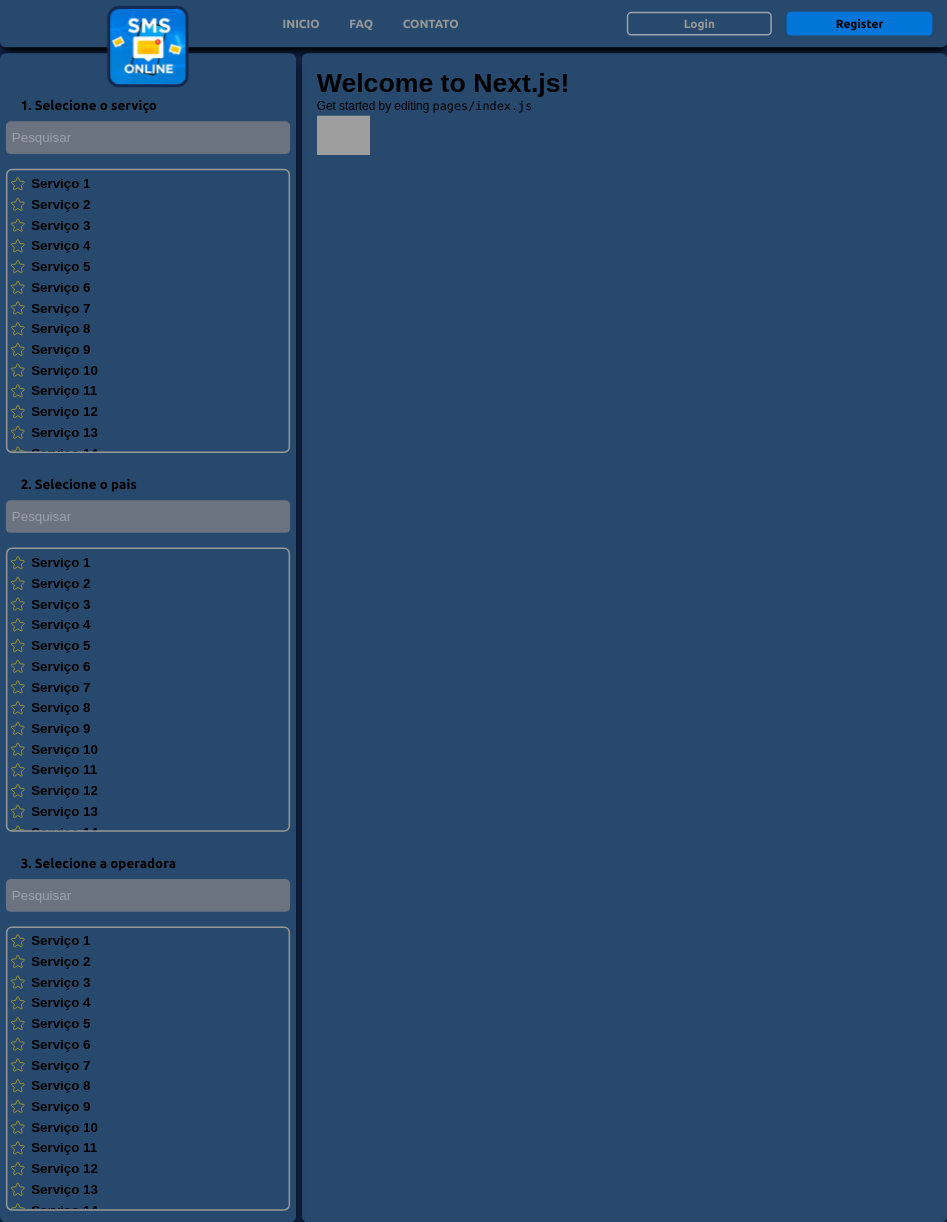
Repository: Felipe-Henrique-Dev/-DIOGO-SMS
Page: /
An editor plug-in stored every save of this project. The page is shown before and after the next save, followed by the edit.
The browser window is 1280 px wide. The pictures show the whole page, at 74% of full size.
Pictures or frames that could not be fetched are drawn as grey boxes. The project was rebuilt for these pictures with package versions that can differ from the ones it lists, and the page was loaded fresh each time. The framework's server and built-in components were replaced by stand-ins that run in the browser. Also part of the build but not shown: next.config.ts.

Above is the page before, as saved 2024-12-16 22:48:20.

After the next save:
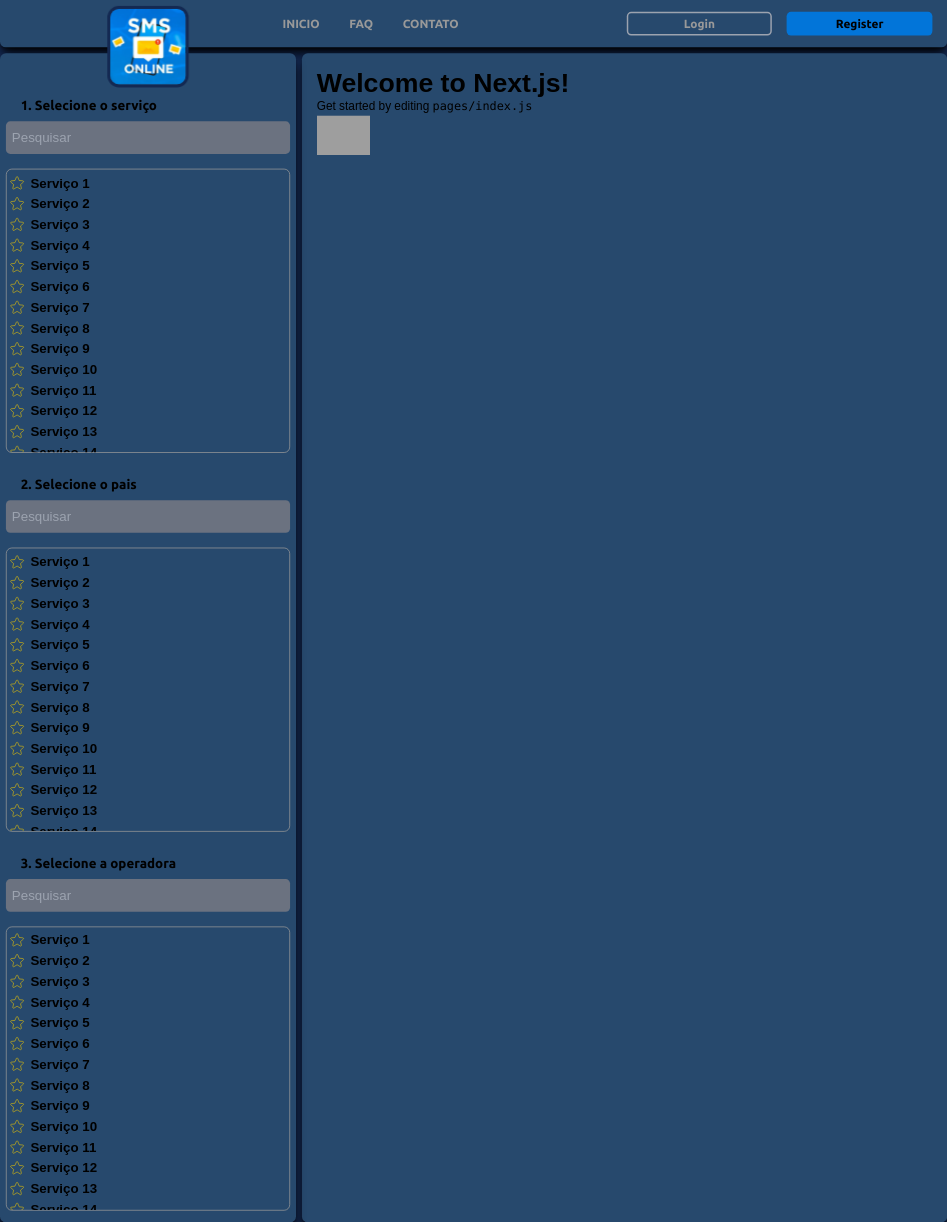
Saved 6 s later.
--- a/src/components/main/WebApp.tsx
+++ b/src/components/main/WebApp.tsx
@@ -78,7 +78,7 @@ const Container = ({
         :
         <>
           <Input type="text" placeholder="Pesquisar" size="lg" register={register("filter")} />
-          <div className="h-96 border-tertiary border-2 w-full my-2 overflow-x-auto scroll-smooth rounded-lg p-1 text-black ">
+          <div className="h-96 border-tertiary border-[1px] w-full my-2 overflow-x-auto scroll-smooth rounded-lg p-1 text-black ">
             {filteredAndSortedList.map((item) => (
               <div className="w-full flex items-center justify-start gap-2" key={item.id}>
                 <Stars
